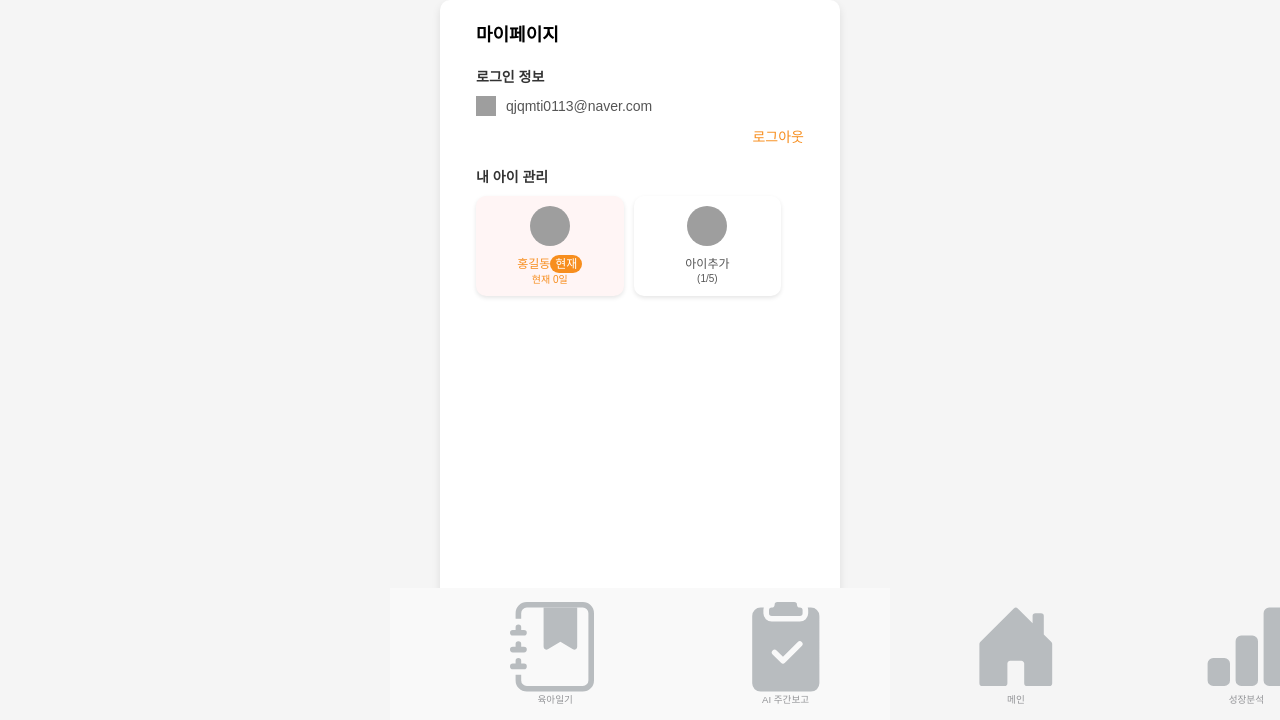
Repository: fromBirth/frombirth-frontend
Page: /mypage
These files come from the project's save history. The page is drawn as it stood at one moment and after the next save; the edit follows.
The browser window is 1280 px wide. The pictures show the whole page.
Pictures or frames that could not be fetched are drawn as grey boxes. Some web fonts or font styles are not loaded; a fallback is used. The project was rebuilt for these pictures with package versions that can differ from the ones it lists, and the page was loaded fresh each time. Also part of the build but not shown: vite.config.js.

Above is the page before, as saved 2024-10-30 12:48:02.

After the next save:
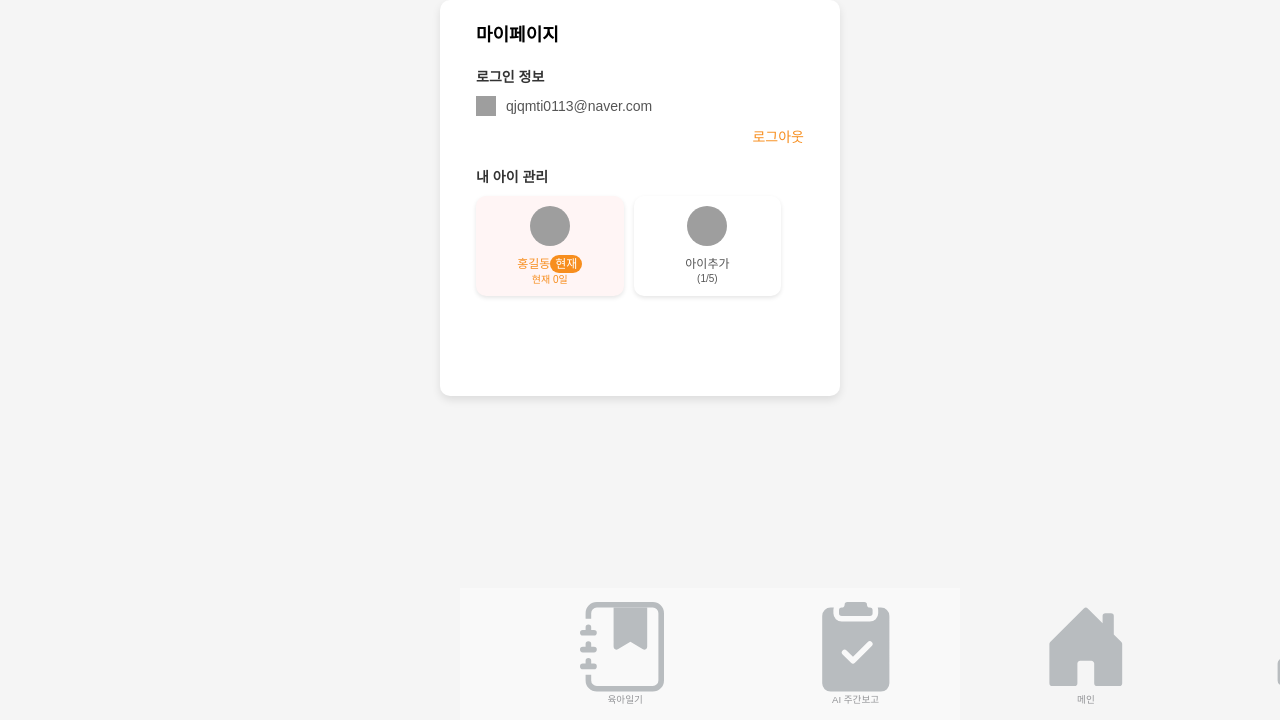
Saved 24 s later.
--- a/src/assets/styles/layout.css
+++ b/src/assets/styles/layout.css
@@ -1,7 +1,6 @@
 /* src/assets/styles/layout.css */
 
 /* 레이아웃 */
-.layout { display: flex; flex-direction: column; min-height: 100vh; width: 100vw; align-items: center; }
 .layout { background-color: white; width: 90%; max-width: 400px; padding: 20px; border-radius: 10px; box-shadow: 0 4px 8px rgba(0, 0, 0, 0.1); margin: 0 auto; }
 
 /* 헤더 스타일 */
